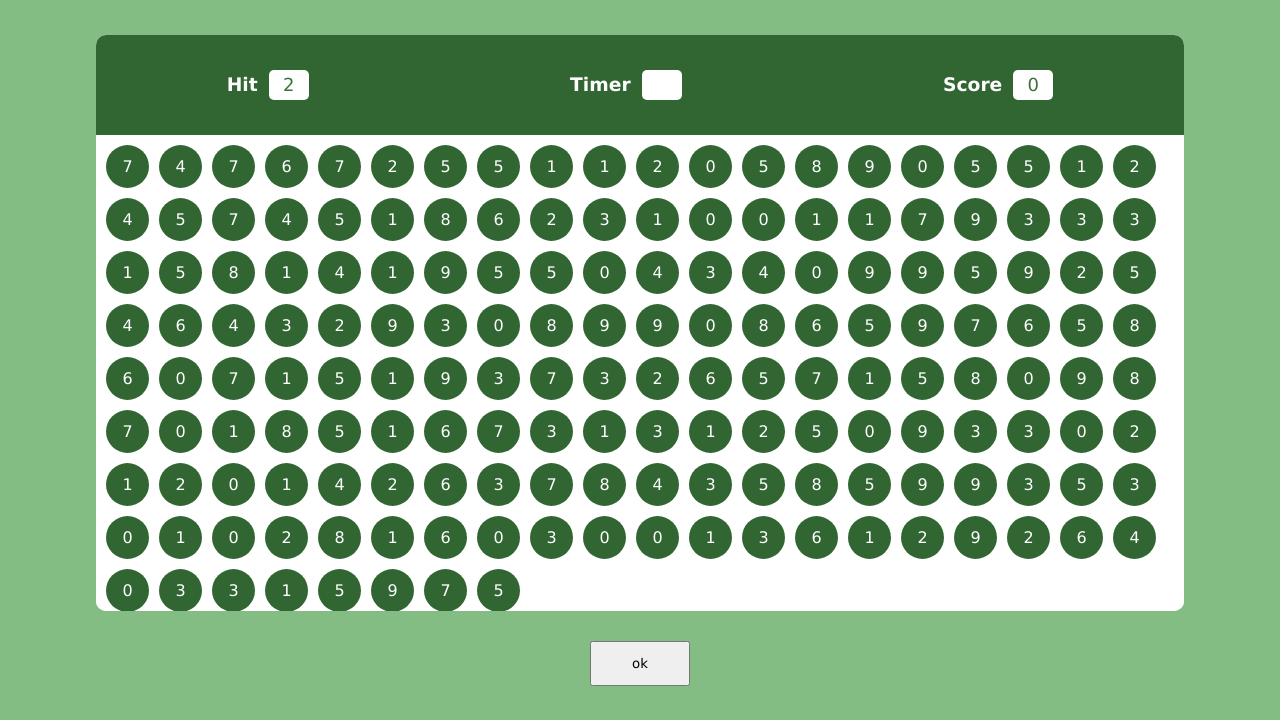
Repository: ketansharma22/BubbleGame
Page: index.html
The author's editor kept a copy of each file at every save. The page is drawn from the files as they stood at one save, then again after the next save.
The browser window is 1280 px wide. The pictures show the whole page.

Above is the page before, as saved 2024-02-19 00:02:22.

After the next save:
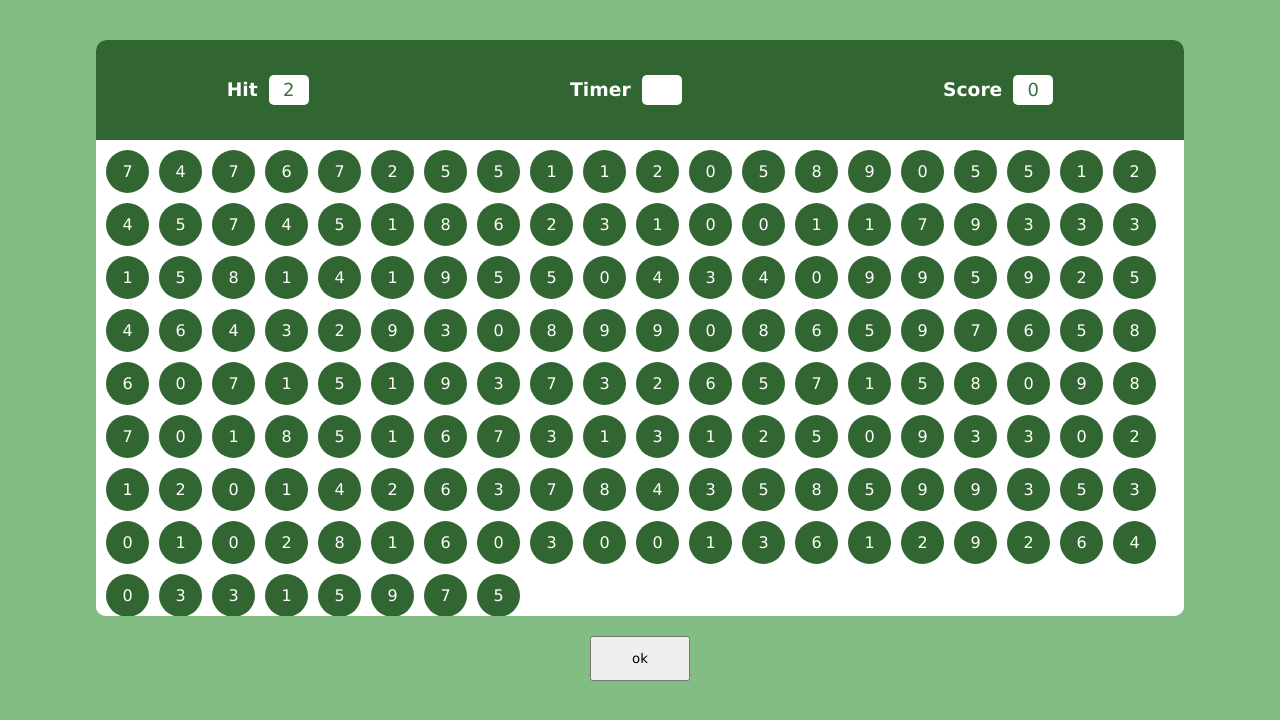
Saved 12 s later.
--- a/styles.css
+++ b/styles.css
@@ -12,7 +12,7 @@ html,body{
     display: flex;
     justify-content: center;
     flex-direction: column;
-    gap: 30px;
+    gap: 20px;
     align-items: center;
     width: 100%;
     height: 100%;
